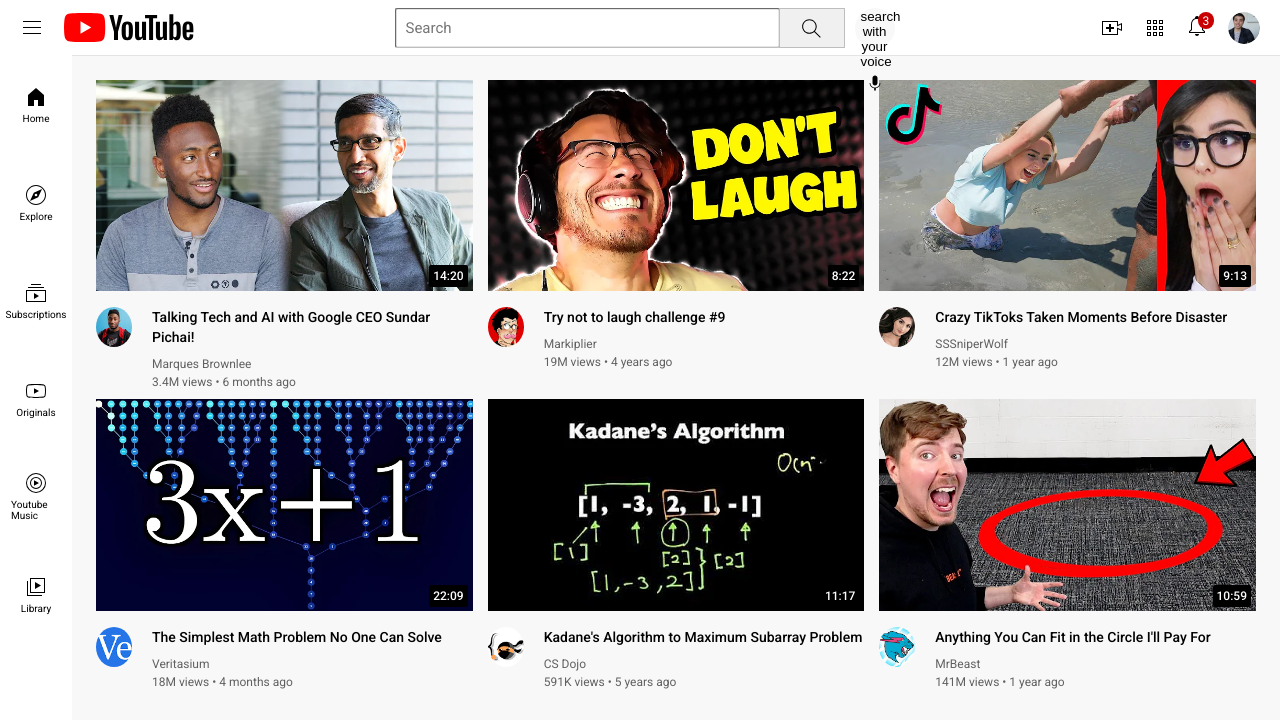
Repository: idahcarts-ux/html-css
Page: youtube.html
These files come from the project's save history. The page is drawn as it stood at one moment and after a run of saves; the edit follows.
The browser window is 1280 px wide. The pictures show the whole page.

Above is the page before, as saved 2025-11-21 07:15:25.

### youtube.html
<!DOCTYPE html>
<html>
<head>
  <title>YouTube.com Clone</title>

  <link rel="preconnect" href="https://fonts.googleapis.com">
  <link rel="preconnect" href="https://fonts.gstatic.com" crossorigin>
  <link href="https://fonts.googleapis.com/css2?family=Roboto:wght@100;300;400;500;700;900&display=swap" rel="stylesheet">

<link rel="stylesheet" href="styles/general.css">
<link rel="stylesheet" href="styles/video.css">
<link rel="stylesheet" href="styles/header.css">
<link rel="stylesheet" href="styles/sidebar.css">



</head>
<body>
  <div class="header">
    <div class="left-section">
     <img class="hamburger-menu" src="icons/hamburger-menu.svg">
     <img class="youtube-logo" src="icons/youtube-logo.svg">
    </div>

    <div class="middle-section">
      <input class="search-bar" type="text" placeholder="Search">
    <button class="search-button">
      <img
      class="search-icon"
      src="icons/search.svg">
      <div class="tooltip">search</div>
    </button>
    <button class="voice-search-button">
      <div class="tooltip">search with your voice</div>
      <img
      class="voice-search-icon"
      src="icons/voice-search-icon.svg">
    </button>
    </div>

    <div class="right-section">
      <img
      class="uploads-icon"
      src="icons/upload.svg">
      <img
      class="youtube-apps-icon"
      src="icons/youtube-apps.svg">
      <div class="notification-icon-container">
       <img
      class="notification-icon"
      src="icons/notifications.svg">
      <div class="notifications-count">3</div>
      </div>
      <img
       class="current-user-picture"
       src="chanel-pictures/my-channel.jpeg">
    </div>

  </div>

   <div class="sidebar">
     <div class="sidebar-link">
      <img src="icons/home.svg">
      <div>Home</div>
     </div>
     <div class="sidebar-link">
      <img src="icons/explore.svg">
      <div>Explore</div>
     </div>
     <div class="sidebar-link">
      <img src="icons/subscriptions.svg">
      <div>Subscriptions</div>
     </div>
     <div class="sidebar-link">
      <img src="icons/originals.svg">
      <div>Originals</div>
      </div>
     <div class="sidebar-link">
      <img src="icons/youtube-music.svg">
       <div>Youtube Music</div>
     </div>
      <div class="sidebar-link">
      <img src="icons/library.svg">
       <div>Library</div>
     </div>

   </div>



  <!-- MAIN GRID START -->
  <div class="video-grid">

    <!-- 1 -->
    <div class="video-preview">
      <div class="thumbnails-row">
      <img class="thumbnails" src="thumbnails/thumbnail-1.webp">
      <div class="video-time">14:20</div>
      </div>
      <div class="video-info-grid">
        <div class="channel-pictures">
          <img class="profile-picture" src="chanel-pictures/channel-1.jpeg">
        </div>
        <div class="video-info">
          <p class="video-title">
            Talking Tech and AI with Google CEO Sundar Pichai!
          </p>
          <p class="video-author">Marques Brownlee</p>
          <p class="video-stats">3.4M views • 6 months ago</p>
        </div>
      </div>
    </div>

    <!-- 2 -->
    <div class="video-preview">
       <div class="thumbnails-row">
      <img class="thumbnails" src="thumbnails/thumbnail-2.webp">
      <div class="video-time">8:22</div>
      </div>
       <div class="video-info-grid">
        <div class="channel-pictures">
          <img class="profile-picture" src="chanel-pictures/channel-2.jpeg">
        </div>
        <div class="video-info">
          <p class="video-title">Try not to laugh challenge #9</p>
          <p class="video-author">Markiplier</p>
          <p class="video-stats">19M views • 4 years ago</p>
        </div>
      </div>
    </div>

    <!-- 3 -->
    <div class="video-preview">
      <div class="thumbnails-row">
     <img class="thumbnails" src="thumbnails/thumbnail-3.webp">
       <div class="video-time">9:13</div>
       </div>
      <div class="video-info-grid">
        <div class="channel-pictures">
          <img class="profile-picture" src="chanel-pictures/channel-3.jpeg">
        </div>
        <div class="video-info">
          <p class="video-title">Crazy TikToks Taken Moments Before Disaster</p>
          <p class="video-author">SSSniperWolf</p>
          <p class="video-stats">12M views • 1 year ago</p>
        </div>
      </div>
    </div>

    <!-- 4 -->
    <div class="video-preview">
      <div class="thumbnails-row">
      <img class="thumbnails" src="thumbnails/thumbnail-4.webp">
        <div class="video-time">22:09</div>
        </div>
      <div class="video-info-grid">
        <div class="channel-pictures">
          <img class="profile-picture" src="chanel-pictures/channel-4.jpeg">
        </div>
        <div class="video-info">
          <p class="video-title">The Simplest Math Problem No One Can Solve</p>
          <p class="video-author">Veritasium</p>
          <p class="video-stats">18M views • 4 months ago</p>
        </div>
      </div>
    </div>

    <!-- 5 -->
    <div class="video-preview">
      <div class="thumbnails-row">
      <img class="thumbnails" src="thumbnails/thumbnail-5.webp">
       <div class="video-time">11:17</div>
       </div>
      <div class="video-info-grid">
        <div class="channel-pictures">
          <img class="profile-picture" src="chanel-pictures/channel-5.jpeg">
        </div>
        <div class="video-info">
          <p class="video-title">
            Kadane's Algorithm to Maximum Subarray Problem
          </p>
          <p class="video-author">CS Dojo</p>
          <p class="video-stats">591K views • 5 years ago</p>
        </div>
      </div>
    </div>

    <!-- 6 -->
    <div class="video-preview">
      <div class="thumbnails-row">
         <img class="thumbnails" src="thumbnails/thumbnail-6.webp">
         <div class="video-time">10:59</div>
         </div>
         <div class="video-info-grid">
        <div class="channel-pictures">
          <img class="profile-picture" src="chanel-pictures/channel-6.jpeg">
        </div>
        <div class="video-info">
          <p class="video-title">
            Anything You Can Fit in the Circle I'll Pay For
          </p>
          <p class="video-author">MrBeast</p>
          <p class="video-stats">141M views • 1 year ago</p>
        </div>
      </div>
    </div>

  </div>
  <!-- MAIN GRID END -->



</body>
</html>

### styles/general.css
 p {
    font-family: Roboto, Arial;
    margin-top: 0;
    margin-bottom: 0;
  }

  body {
    margin: 0;
    padding-top: 80px;
    padding-right: 24px;
    padding-left: 96px;
    background-color: rgb(248, 248, 248);
  }

### styles/video.css



  .thumbnails {
    width: 100%;
  }



  .video-title {
    font-size: 14px;
    font-weight: 500;
    line-height: 20px;
    margin-bottom: 10px;
  }

  .video-info-grid {
    display: flex;
    margin-top: 12px;
  }

  /* FIX: Ensure the profile picture container is just large enough for the picture */
  .channel-pictures {
    width: 48px; /* Slightly larger than the picture for padding/margin */
    flex-shrink: 0;
    margin-right: 8px; /* Added some spacing to separate picture from text */
  }

  /* FIX: Ensure the profile picture fills its container and maintain aspect ratio */
  .profile-picture {
    width: 36px; /* Kept your desired size */
    height: 40px; /* Added explicit height to force a square container */
    object-fit: cover; /* Ensures image covers the area without distortion */
    border-radius: 50%;
  }

  /* FIX: Removed fixed width which was unnecessary and potentially restrictive */
  .video-info {
    /* width: 200px; <--- Removed this line */
    flex: 1; /* Allow it to take up the remaining space */
  }

  .video-author {
    font-size: 12px;
    color: rgb(96, 96, 96);
    margin-bottom: 4px;
  }

  .video-stats {
    font-size: 12px;
    color: rgb(96, 96, 96);
  }

  .video-grid {
    display: grid;
    grid-template-columns: 1fr 1fr 1fr;
    column-gap: 15px;
    row-gap: 10px;
  }
  .video-time {
    background-color: black;
    color: white;
    position: absolute;
    bottom:8px;
    right:5px;
    font-family: Roboto, Arial;
    font-size: 12px;
    font-weight: 500;
    padding-left: 4px;
    padding-right: 4px;
    padding-bottom: 4px;
    padding-top: 4px;
    border-radius: 2px;

}

  .thumbnails-row {
    margin-bottom: 8px;
    position: relative;
  }

### styles/header.css


  .header {
    height:55px;
    display:flex;
    flex-direction: row;
    justify-content: space-between;
    position: fixed;
    top:0;
    left:0;
    right:0;
    background-color: white;
    border-bottom-width: 1px;
    border-bottom-style: solid;
    border-bottom-color: rgb( 228, 228, 228);
    z-index:100;
  }

  .left-section {
  display: flex;
   align-items: center;


  }
    .youtube-logo {
    width: 12vw;        /* Scales with viewport width */
    min-width: 80px;    /* Don't get too small */
    max-width: 130px;   /* Don't grow too large */
    height: auto;       /* Keep aspect ratio */
    transition: width 0.25s ease;
}


  .hamburger-menu {
    height: 24px;
    margin-left: 20px;
    margin-right: 20px;
  }
  .middle-section {
    flex:1;
    margin-left: 30px;
    margin-right: 35px;
    max-width:500px;
    display: flex;
    align-items:center;
  }
  .search-bar {
    flex:1;
    height:36px;
    padding-left:10px;
    font-size: 16px;
    border-width: 1px;
    border-color: rgb(190, 190,190);
    border-radius: 2px;
    box-shadow: inset 0.05px 0.05px 1px rgba(0, 0, 0.05);
    width:0;
  }
  .search-bar::placeholder {
    font-family: Roboto, Arial;
    font-size:15px;
  }
  .search-icon{
    height:25px;
    margin-top:4px;
  }
  .search-button {
    height:40px;
    width:66px;
    background-color: rgb( 240, 240, 240);
    border-width: 1px;
    border-style:solid;
    border-color: rgb(190, 190,190);
    margin-left: -1px;
    margin-right: 10px;
    position: relative;
  }
  .search-button .tooltip, .voice-search-tooltip {
    position: absolute;
    background-color: gray;
    color:white;
    padding-top: 4px;
    padding-bottom: 4px;
    padding-left: 8px;
    padding-right: 8px;
    border-radius: 2px;
    font-size: 12px;
    bottom: -30px;
    opacity: 0;
    transition:opacity 0.15s;
    pointer-events: none;
  }

  .search-button:hover .tooltip {
   opacity: 1;
  }

  .search button, .voice-search-button{
    position: relative;
  }
  .voice-search-button {
    height:40px;
    width:40px;
    border-radius: 20px;
    border: none;
    background-color: rgb(248,248,248);
  }
  .voice-search-icon{
    height:20px;
    margin-top: 4px;

  }
  .right-section {
    width:180px;
    display:flex;
    align-items: center;
    justify-content: space-between;
    flex-shrink: 0;
  }
  .uploads-icon {
    height:24px;
  }
  .youtube-apps-icon {
    height:24px;
  }
  .notification-icon {
    height:24px;
  }
  .notification-icon-container {
    position:relative;
  }
  .notifications-count {
    position:absolute;
    top: -2px;
    right: -5px;
    background-color: rgb(200, 0, 0);
    color: white;
    font-family: Roboto, Arial;
    font-size: 12px;
    padding-left: 5px;
    padding-right: 5px;
    padding-top: 2px;
    padding-bottom: 1px;
    border-radius: 10px;
  }
  .current-user-picture {
    height:32px;
    border-radius: 16px;
    margin-right: 20px;
  }

### styles/sidebar.css
.sidebar {
  position: fixed;
  left: 0;
  bottom: 0;
  top: 55px;
  background-color: white;
  width: 72px;
  z-index: 200;
  padding-top: 5;

}
.sidebar-link {
  height: 76px;
  display: flex;
  justify-content: center;
  align-items: center;
  flex-direction: column;
  padding:11px;
  cursor: pointer;

}
.sidebar-link:hover {
  background-color: rgb(238, 238,238);
}
.sidebar-link img {
  height: 24px;
  margin-bottom: 4px;
}
.sidebar-link div {
 font-family: Roboto, Arial;
 font-size: 10px;
}

After the next 2 saves:
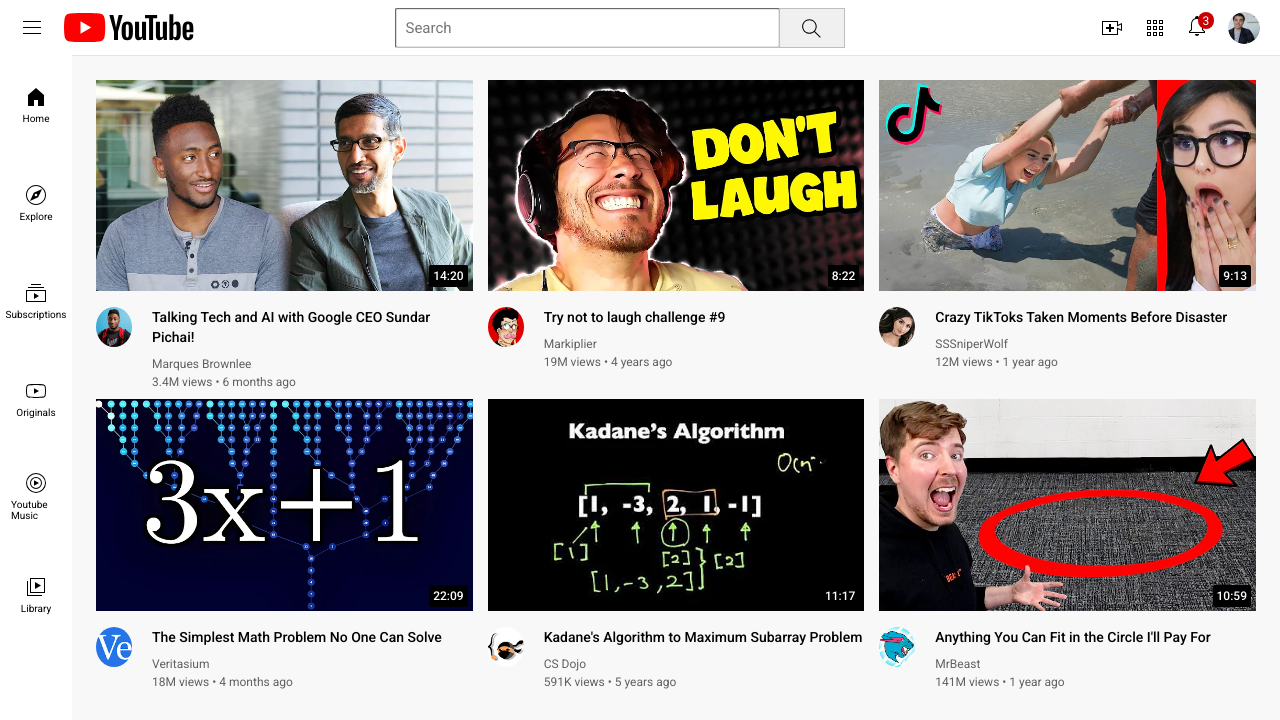
The 2 saves are shown as one change because they came seconds apart.
The last was saved 14 s later.
--- a/styles/header.css
+++ b/styles/header.css
@@ -74,7 +74,7 @@
     margin-right: 10px;
     position: relative;
   }
-  .search-button .tooltip, .voice-search-tooltip {
+  .search-button .tooltip, .voice-search-button {
     position: absolute;
     background-color: gray;
     color:white;
